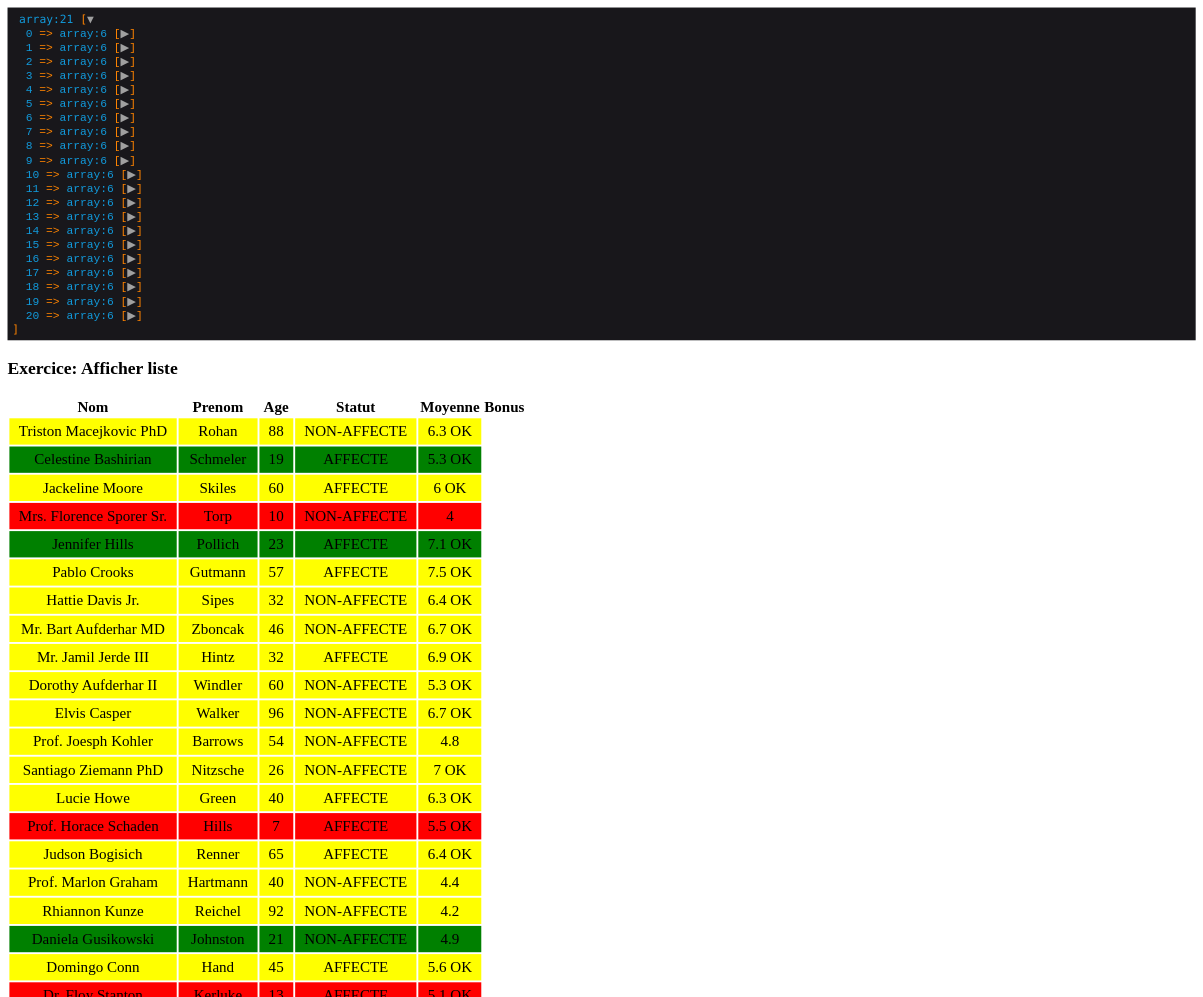
Repository: Bfabien99/PHPREPO
Page: http://localhost/
The author's editor kept a copy of each file at every save. The page is drawn from the files as they stood at one save, then again after a run of saves.
The browser window is 1280 px wide. The pictures show the whole page, at 94% of full size.
The page is run by PHP 8.4 with error messages shown; the project is at /var/www/html/.

Above is the page before, as saved 2021-12-10 12:22:58.

### MakeFakeData/src/index.php
<?php
require_once '../vendor/autoload.php';


$faker = Faker\Factory::create();
$i = 0;
$list = [];

while($i <= 20) {

	$person = [];
	$person["nom"] = $faker->name;
	$person["prenom"] = $faker->lastName;
	$person["age"] = $faker->numberBetween($min=1,$max=99);

	$notes = [];
	$index = 0;
	$max = $faker->numberBetween($min=1,$max=10);
	while($index < $max) {
		$note = $faker->numberBetween($min=1,$max=10);
		$notes[] = $note;
		$index++;
	}

	$person["notes"] = $notes;
	$person["bonus"] = $faker->numberBetween($min=1,$max=5);
	$person["statut"] = $faker->randomElement(["AFFECTE","NON-AFFECTE"]);
	$list[] = $person;
	$i++;
}
dump($list);

function admis($moy){
	return $moy>=5 ? "oui" : "non";
}

?>
<!DOCTYPE html>
<html lang="en">
<head>
    <meta charset="UTF-8">
    <meta http-equiv="X-UA-Compatible" content="IE=edge">
    <meta name="viewport" content="width=device-width, initial-scale=1.0">
    <title>Document</title>
    <style>
        thead{
            font-weight:bold;
        }

        td{
            padding:5px 10px;
            text-align:center;
        }

        tr.red{
            background-color:red;
        }
        tr.green{
            background-color: green;
        }
        tr.yellow{
            background-color:yellow;
        }
		.oui{
			display:inline;
		}
		.non{
			display:none;
		}
    </style>
</head>
<body>

<h3>Exercice: Afficher liste</h3>
<table>
	<thead>
		<tr>
			<th>Nom</th>
			<th>Prenom</th>
			<th>Age</th>
			<th>Statut</th>
			<th>Moyenne</th>
			<th>Bonus</th>
		</tr>
	</thead>
	<tbody>
		<?php
		foreach ($list as $value) {
				$nbnote = count($value["notes"]);
				$totalnote = array_sum($value["notes"]) + $value["bonus"];
				$moy = $totalnote / $nbnote;

				$moyG = $nbnote/2 ;
				$age = $value["age"];
				switch ($age) {
					case $age > 0 && $age < 18 :
			?>
			<tr class="red">
				<td><?= $value["nom"] ?></td>
                <td><?=$value["prenom"]?></td>
                <td><?= $value["age"] ?></td>
                <td><?= $value["statut"] ?></td>
				<td><?= $moy ?> <span class="<?= admis($moy) ?>" > OK </span> </td>
            </tr>
			<?php break;
				case ($age > 18 && $age < 25):
			?>
			<tr class="green">
				<td><?= $value["nom"] ?></td>
                <td><?=$value["prenom"]?></td>
                <td><?= $value["age"] ?></td>
                <td><?= $value["statut"] ?></td>
				<td><?= $moy ?> <span class="<?= admis($moy) ?>" > OK </span> </td>
            </tr>
			<?php break;
				case ($age > 25):
			?>
			<tr class="yellow">
				<td><?= $value["nom"] ?></td>
                <td><?=$value["prenom"]?></td>
                <td><?= $value["age"] ?></td>
                <td><?= $value["statut"] ?></td>
				<td><?= $moy ?> <span class="<?= admis($moy) ?>" > OK </span> </td>
            </tr>
			<?php
			break;}
			?>
		<?php } ?>
	</tbody>


    <?php
        //
    ?>
</table>
</body>
</html>

After the next 5 saves:
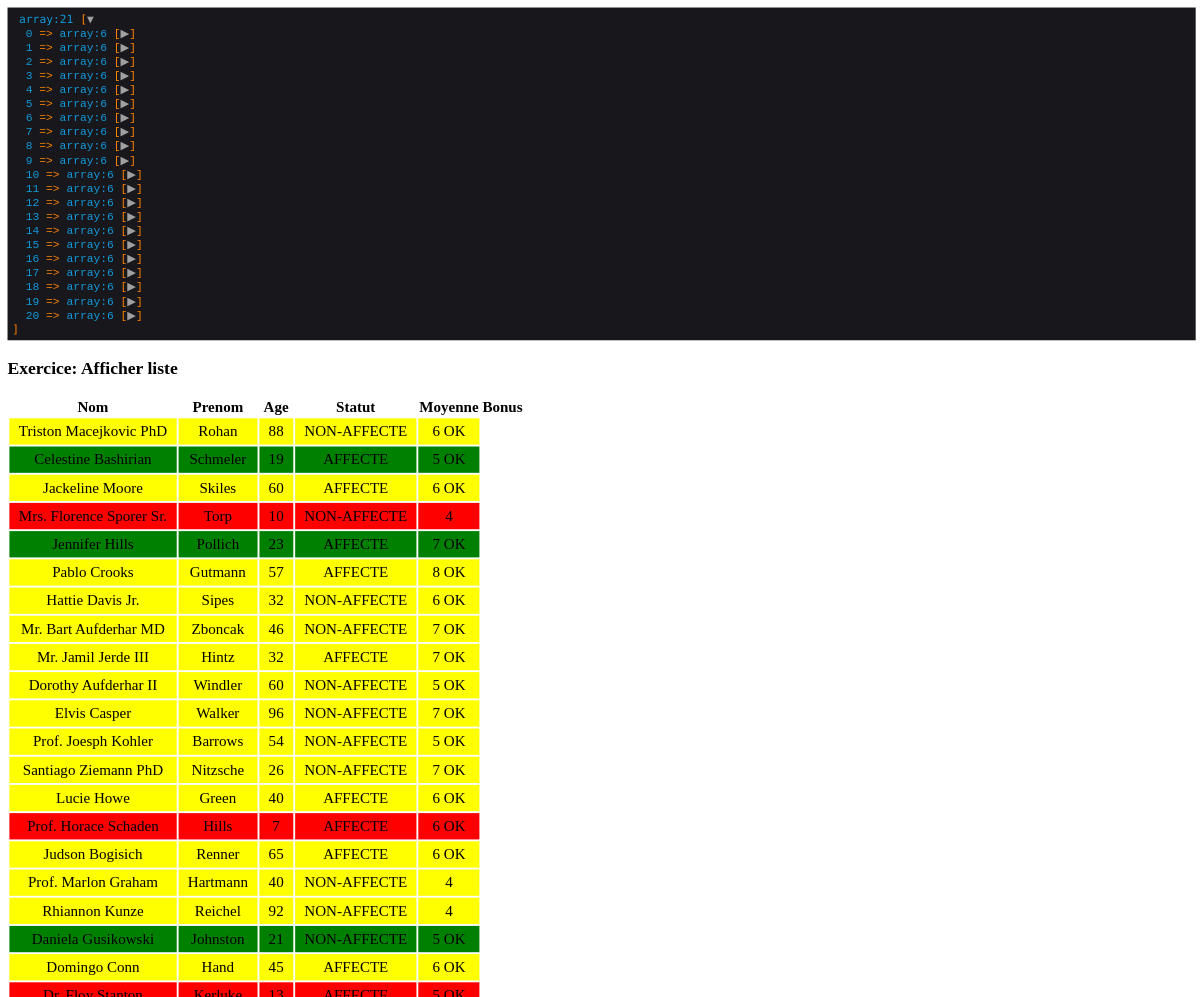
The 5 saves are shown as one change because they came seconds apart.
The last was saved 13 s later.
--- a/MakeFakeData/src/index.php
+++ b/MakeFakeData/src/index.php
@@ -89,7 +89,7 @@ function admis($moy){
 				$nbnote = count($value["notes"]);
 				$totalnote = array_sum($value["notes"]) + $value["bonus"];
 				$moy = $totalnote / $nbnote;
-
+				$moy = round($moy);
 				$moyG = $nbnote/2 ;
 				$age = $value["age"];
 				switch ($age) {
